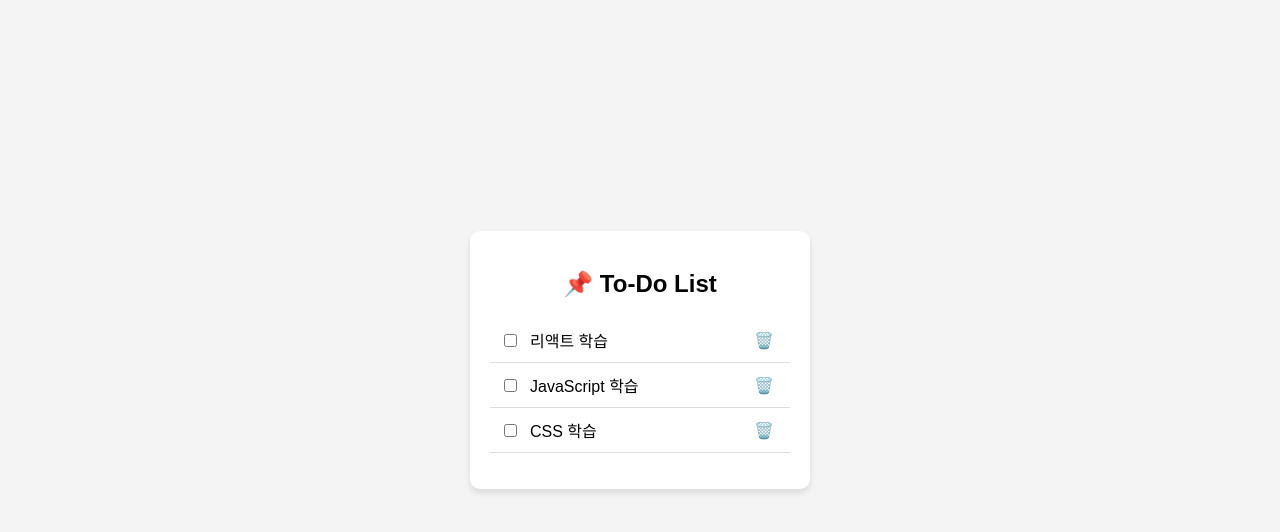
Repository: jongheonleee/todo-list
Page: /
The author's editor kept a copy of each file at every save. The page is drawn from the files as they stood at one save, then again after the next save.
The browser window is 1280 px wide. The pictures show the whole page.
The project was rebuilt for these pictures with package versions that can differ from the ones it lists, and the page was loaded fresh each time. Also part of the build but not shown: src/components/InputForm.css, src/components/ToDoItem.css, src/components/ToDoItem.js.

Above is the page before, as saved 2025-02-18 15:10:22.

### src/App.js

import React from "react";
import "./App.css";
import InputForm from "./components/InputForm";
import ToDoList from "./components/ToDoList";


const App = () => {
  // 기본적으로 보여줄 리스트
  const items = [
    {
      id : 1,
      text : "리액트 학습",
      done : false
    },

    {
      id : 2,
      text : "JavaScript 학습",
      done : false
    },

    {
      id : 3,
      text : "CSS 학습",
      done : false
    }
  ];


  return (
    <div className="container">
      <div className="sub-container">
        <h2>📌 To-Do List</h2>

        {/* 입력 부분  */}
        {/* <div className="input-area">
          <input type="text" placeholder="할 일을 입력하세요" />
          <button className="add-btn">+</button>
        </div> */}

        <InputForm />

        {/* todo-list 부분 */}
        {/* <ul className="todo-list">
          <li>
            <div className="todo-item">
              <input type="checkbox" />
              <span>리액트 학습</span>
            </div>
            <button className="delete-btn">🗑️</button>
          </li>
          <li>
            <div className="todo-item">
              <input type="checkbox" />
              <span>JavaScript 학습</span>
            </div>
            <button className="delete-btn">🗑️</button>
          </li>
          <li>
            <div className="todo-item">
              <input type="checkbox" />
              <span>CSS 학습</span>
            </div>
            <button className="delete-btn">🗑️</button>
          </li>
        </ul> */}

        <ToDoList />

      </div>
    </div>
  );
}

export default App;

### src/App.css
/* styles.css */
.container {
  font-family: Arial, sans-serif;
  background-color: #f4f4f4;
  display: flex;
  justify-content: center;
  align-items: center;
  height: 100vh;
  margin: 0;
}

.sub-container {
  background: white;
  padding: 20px;
  border-radius: 10px;
  box-shadow: 0 4px 6px rgba(0, 0, 0, 0.1);
  width: 300px;
}

h2 {
  text-align: center;
  margin-bottom: 20px;
}

### src/components/InputForm.js
import React from "react";
import "./InputForm.css";

const InputForm = () => {
    <div className="input-area">
        <input type="text" placeholder="할 일을 입력하세요" />
        <button className="add-btn">+</button>
    </div>
}

export default InputForm;

### src/components/ToDoList.js
import React from "react";
import ToDoItem from "./ToDoItem";
import "./ToDoList.css"

const ToDoList = ({ items }) => {
    return (
        <ul className="todo-list">
            <li>
                <div className="todo-item">
                <input type="checkbox" />
                <span>리액트 학습</span>
                </div>
                <button className="delete-btn">🗑️</button>
            </li>


            <li>
            <div className="todo-item">
                <input type="checkbox" />
                <span>JavaScript 학습</span>
            </div>
            <button className="delete-btn">🗑️</button>
            </li>

            <li>
                <div className="todo-item">
                    <input type="checkbox" />
                    <span>CSS 학습</span>
                </div>
                <button className="delete-btn">🗑️</button>
            </li>
        </ul>
    )
}

export default ToDoList;

### src/components/ToDoList.css
.todo-list {
    list-style: none;
    padding: 0;
    margin-top: 20px;
}

.todo-list li {
    display: flex;
    justify-content: space-between;
    align-items: center;
    padding: 10px;
    border-bottom: 1px solid #ddd;
}

.todo-item {
    display: flex;
    align-items: center;
    gap: 10px;
}

.delete-btn {
    background: none;
    border: none;
    color: red;
    cursor: pointer;
    font-size: 16px;
}

.delete-btn:hover {
    color: darkred;
}

Loaded but not shown: public/index.html (common file); src/index.js (common file); src/index.css (common file); src/reportWebVitals.js (common file)

After the next save:
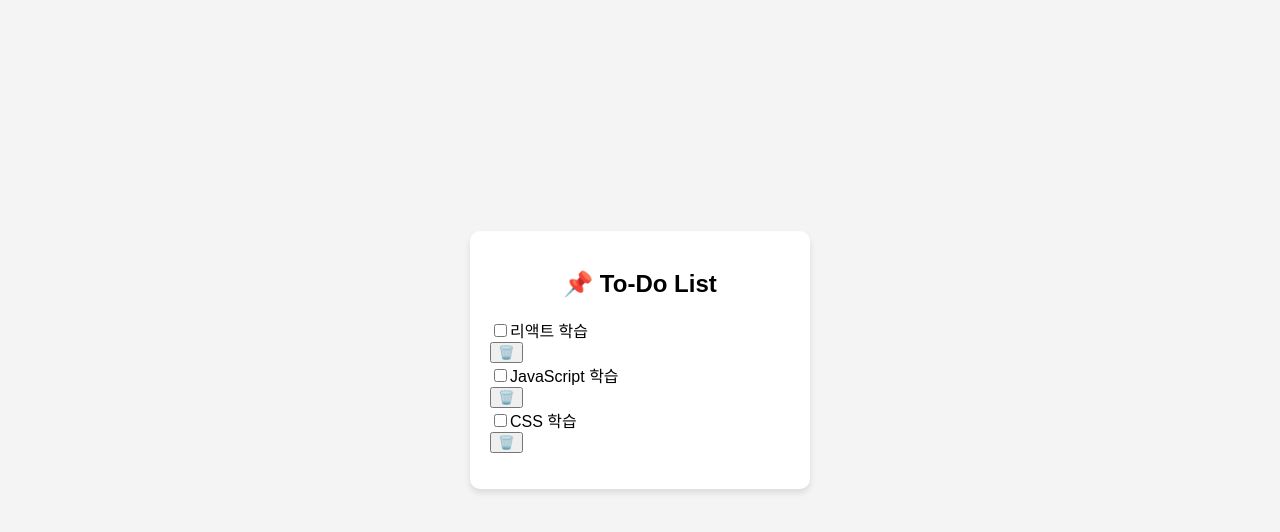
Saved 54 s later.
--- a/src/components/ToDoList.css
+++ b/src/components/ToDoList.css
@@ -3,29 +3,3 @@
     padding: 0;
     margin-top: 20px;
 }
-
-.todo-list li {
-    display: flex;
-    justify-content: space-between;
-    align-items: center;
-    padding: 10px;
-    border-bottom: 1px solid #ddd;
-}
-
-.todo-item {
-    display: flex;
-    align-items: center;
-    gap: 10px;
-}
-
-.delete-btn {
-    background: none;
-    border: none;
-    color: red;
-    cursor: pointer;
-    font-size: 16px;
-}
-
-.delete-btn:hover {
-    color: darkred;
-}
